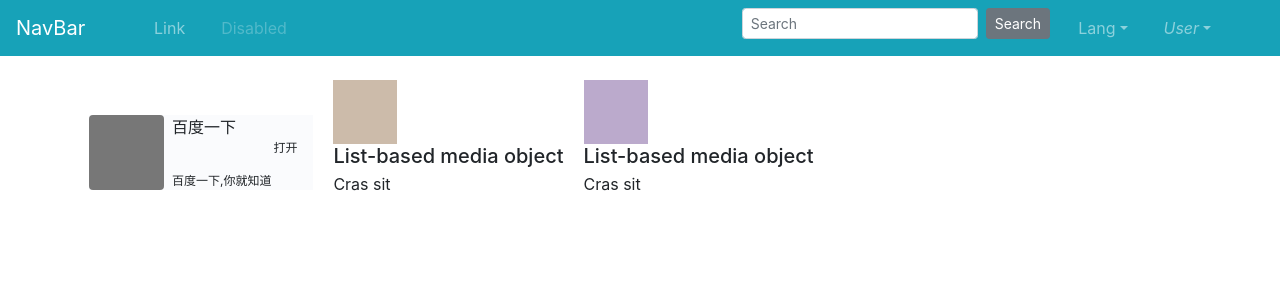
Repository: Funnyrz/vue-nav
Page: /
These files come from the project's save history. The page is drawn as it stood at one moment and after the next save; the edit follows.
The browser window is 1280 px wide. The pictures show the whole page.
The project was rebuilt for these pictures with package versions that can differ from the ones it lists, and the page was loaded fresh each time.

Above is the page before, as saved 2020-08-26 12:28:21.

### public/index.html
<!DOCTYPE html>
<html lang="en">
  <head>
    <meta charset="utf-8">
    <meta http-equiv="X-UA-Compatible" content="IE=edge">
    <meta name="viewport" content="width=device-width,initial-scale=1.0">
    <link rel="icon" href="<%= BASE_URL %>favicon.ico">
    <title>vue-pic</title>
  </head>
  <body>
    <noscript>
      <strong>We're sorry but vue-pic doesn't work properly without JavaScript enabled. Please enable it to continue.</strong>
    </noscript>
    <div id="app"></div>
    <!-- built files will be auto injected -->
  </body>
</html>

### src/main.js
import Vue from 'vue'
import App from './App.vue'
import 'bootstrap/dist/css/bootstrap.css'
import 'bootstrap-vue/dist/bootstrap-vue.css'
import BootstrapVue from 'bootstrap-vue'
// ES Modules syntax

// require syntax

Vue.use(BootstrapVue)
Vue.config.productionTip = false

new Vue({
  render: h => h(App),
}).$mount('#app')

### src/App.vue
<template>
  <div id="app">
    <HelloWorld msg="Welcome to Your Vue.js App" />
  </div>
</template>

<script>
import HelloWorld from "./components/HelloWorld.vue";

export default {
  name: "app",
  components: {
    HelloWorld
  }
};
</script>

<style>
.container-fluid {
  width: 80%;
}
</style>

### src/components/HelloWorld.vue
<template>
  <div class="hello">
    <div>
      <b-navbar toggleable="lg" type="dark" variant="info">
        <b-navbar-brand href="#">NavBar</b-navbar-brand>

        <b-navbar-toggle target="nav-collapse"></b-navbar-toggle>
        <b-container fluid>
          <b-collapse id="nav-collapse" is-nav>
            <b-navbar-nav>
              <b-nav-item href="#">Link</b-nav-item>
              <b-nav-item href="#" disabled>Disabled</b-nav-item>
            </b-navbar-nav>

            <!-- Right aligned nav items -->
            <b-navbar-nav class="ml-auto">
              <b-nav-form>
                <b-form-input size="sm" class="mr-sm-2" placeholder="Search"></b-form-input>
                <b-button size="sm" class="my-2 my-sm-0" type="submit">Search</b-button>
              </b-nav-form>

              <b-nav-item-dropdown text="Lang" right>
                <b-dropdown-item href="#">EN</b-dropdown-item>
                <b-dropdown-item href="#">ES</b-dropdown-item>
                <b-dropdown-item href="#">RU</b-dropdown-item>
                <b-dropdown-item href="#">FA</b-dropdown-item>
              </b-nav-item-dropdown>

              <b-nav-item-dropdown right>
                <!-- Using 'button-content' slot -->
                <template v-slot:button-content>
                  <em>User</em>
                </template>
                <b-dropdown-item href="#">Profile</b-dropdown-item>
                <b-dropdown-item href="#">Sign Out</b-dropdown-item>
              </b-nav-item-dropdown>
            </b-navbar-nav>
          </b-collapse>
        </b-container>
      </b-navbar>

      <b-container fluid>
        <div>
          <ul class="list-unstyled">
            <b-media tag="li" class="nav-li">
              <template v-slot:aside>
                <b-img v-bind="mainProps" rounded alt="placeholder" src="../assets/00a80686ba00479386905fbdadf74227.png"></b-img>
                <div class="nav-card">
                  百度一下
                 <div class="nav-card-text">
                  百度一下,你就知道
                </div>
                <div class="nav-card-btn">
                 打开
               </div>
                </div>

              </template>
            </b-media>

            <b-media tag="li" class="my-4">
              <template v-slot:aside>
                <b-img blank blank-color="#cba" width="64" alt="placeholder" ></b-img>
              </template>

              <h5 class="mt-0 mb-1">List-based media object</h5>
              <p class="mb-0">Cras sit</p>
            </b-media>

            <b-media tag="li">
              <template v-slot:aside>
                <b-img blank blank-color="#bac" width="64" alt="placeholder"></b-img>
              </template>

              <h5 class="mt-0 mb-1">List-based media object</h5>
              <p class="mb-0">Cras sit</p>
            </b-media>
          </ul>
        </div>
      </b-container>
    </div>
  </div>
</template>

<script>
export default {
  name: "HelloWorld",
  props: {
    msg: String
  },
  data() {
    return {
      mainProps: {
        blank: true,
        blankColor: "#777",
        width: 75,
        height: 75,
        class: "m1"
      }
    };
  },
  mounted() {}
};
</script>

<!-- Add "scoped" attribute to limit CSS to this component only -->
<style scoped>
ul {
  list-style-type: none;
  padding: 0;
}
li {
  display: inline-block;
  margin: 0 10px;
}
a {
  color: #42b983;
}
.container-fluid{
  width: 90%;
}
.nav-li{
  width: 20%;
  background: #fafbfd;
}
.nav-card{position:relative;width:100%;margin-left: 8px;}
.nav-card-text{
  font-size:12px;bottom:0px;position:absolute;
}
.nav-card-btn{
  font-size:12px;right:0px;position:absolute;
}
</style>

After the next save:
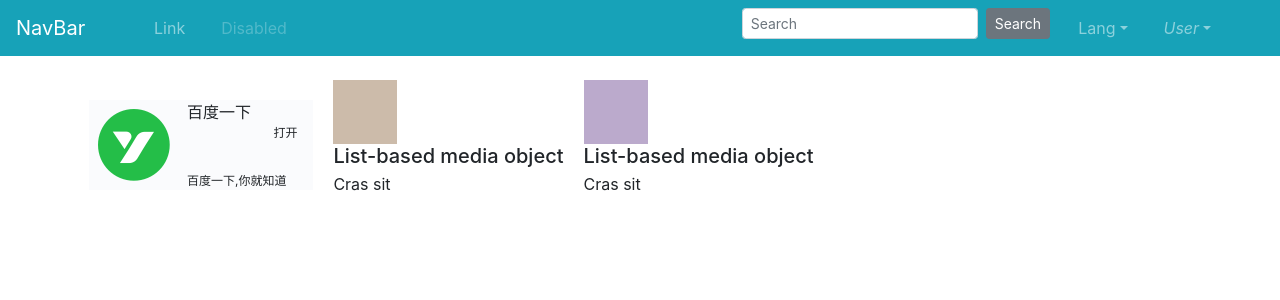
Saved 23 s later.
--- a/src/components/HelloWorld.vue
+++ b/src/components/HelloWorld.vue
@@ -44,7 +44,7 @@
           <ul class="list-unstyled">
             <b-media tag="li" class="nav-li">
               <template v-slot:aside>
-                <b-img v-bind="mainProps" rounded alt="placeholder" src="../assets/00a80686ba00479386905fbdadf74227.png"></b-img>
+                <b-img rounded alt="placeholder" src="../assets/00a80686ba00479386905fbdadf74227.png"></b-img>
                 <div class="nav-card">
                   百度一下
                  <div class="nav-card-text">
